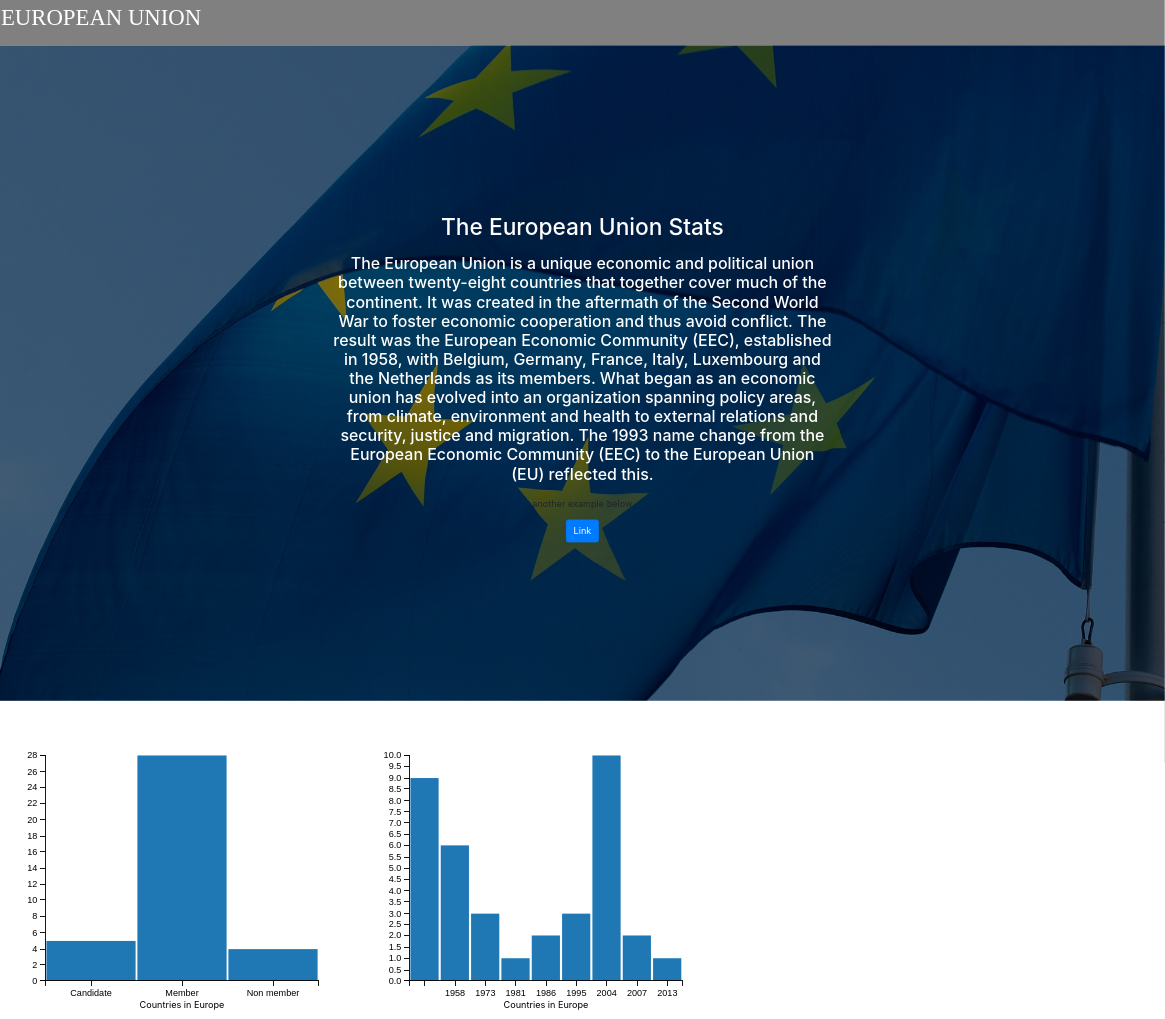
Repository: pjachimowski/renewable
Page: index.html
The author's editor kept a record of every edit. The page is drawn from the files as they stood at one moment, then again after the next edit.
The browser window is 1280 px wide. The pictures show the whole page, at 91% of full size.
Backgrounds fixed to the window are drawn as part of the page. Some web fonts or font styles are not loaded; a fallback is used. Some web libraries are served in a nearby version.

Above is the page before.

After the next edit:
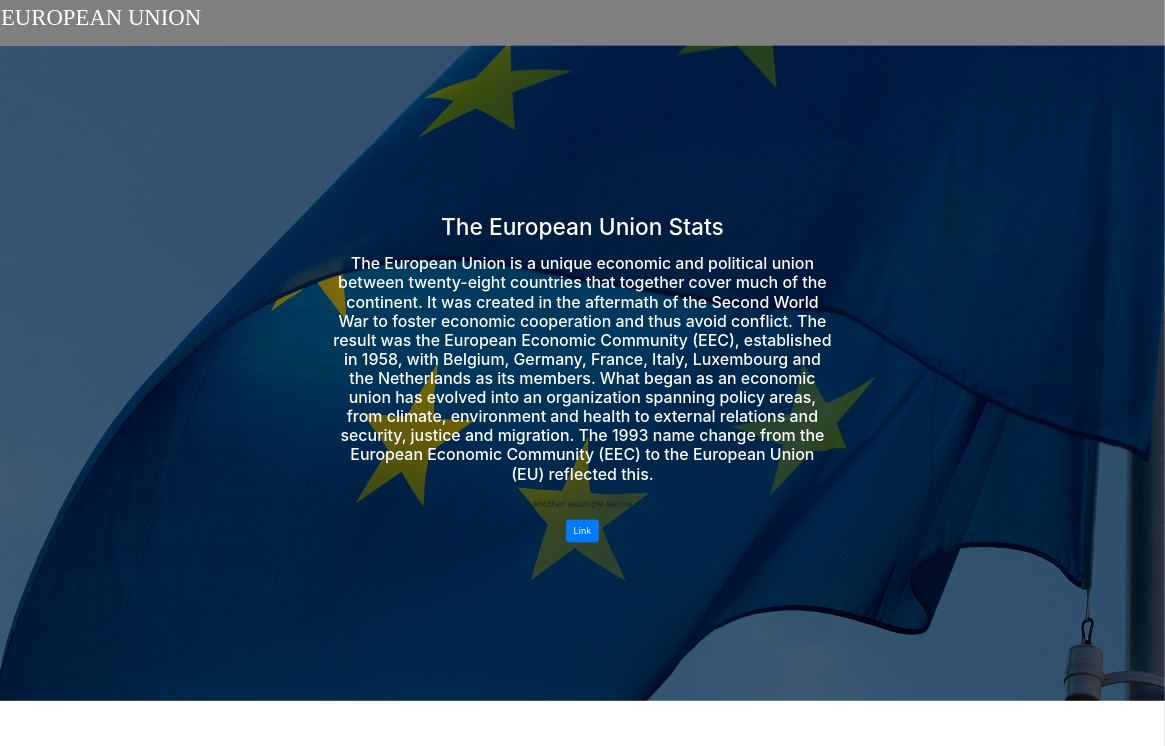
Console error: SyntaxError: Invalid or unexpected token
The edit:
--- a/static/js/graphs2.js
+++ b/static/js/graphs2.js
@@ -48,5 +48,39 @@
         .xUnits(dc.units.ordinal)
         .elasticY(true)
         .xAxisLabel("Countries in Europe")
-        .yAxis().ticks(20);
+        .yAxis().ticks(5);
 }
+
+/* ----- show_
+
+<div>
+         <div id = "pie"></div>
+      </div>
+
+      <script language = "javascript">
+         var pieChart = dc.pieChart('#pie');
+
+         d3.csv("data/people.csv", function(errors, people) {
+            console.log(people);
+            var mycrossfilter = crossfilter(people);
+
+            // gender dimension
+            var genderDimension = mycrossfilter.dimension(function(data) {
+               return data.gender;
+            });
+            var genderGroup = genderDimension.group().reduceCount();
+
+            pieChart
+               .width(800)
+               .height(300)
+               .dimension(genderDimension)
+               .group(genderGroup)
+               .on('renderlet', function(chart) {
+                  chart.selectAll('rect').on('click', function(d) {
+                     console.log('click!', d);
+                  });
+               });
+
+            dc.renderAll();
+         });
+      </script>
